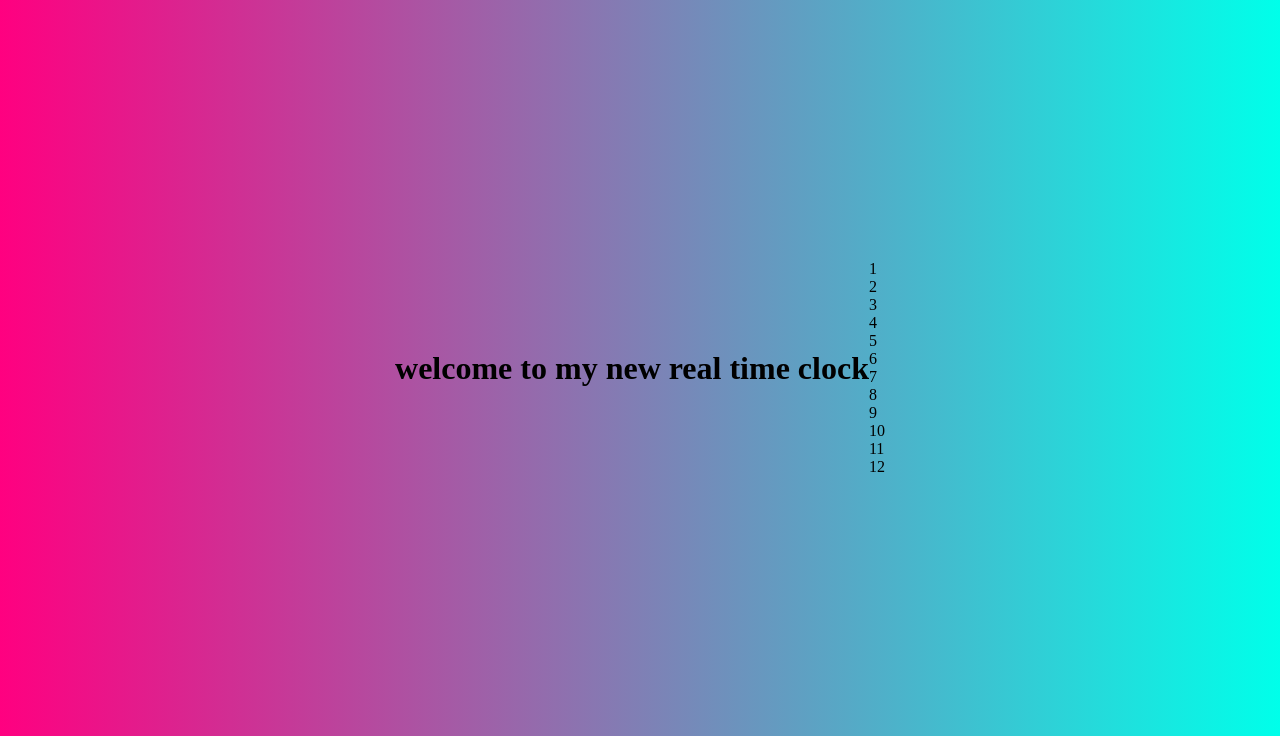
Repository: TUTJAL/createmywatch
Page: watch.html
The author's editor kept a copy of each file at every save. The page is drawn from the files as they stood at one save, then again after the next save.
The browser window is 1280 px wide. The pictures show the whole page.

Above is the page before, as saved 2024-04-26 12:38:47.
Console error: SyntaxError: Invalid left-hand side in assignment

### watch.html
<!DOCTYPE html>
<html lang="en">
<head>
    <meta charset="UTF-8">
    <meta name="viewport" content="width=device-width, initial-scale=1.0">
    <title>Document</title>
    <link rel="stylesheet" href="watch.css">
</head>
<h1 class="header">welcome to my new real time clock</h1>
<body>
    <div class="clock">
        <div class="hand hour"data-hour-hand></div>
        <div class="handminute"data-minute-hand></div>
        <div class="handsecond"data-second-hand></div>
        <div class="number number1">1</div>
        <div class="number number2">2</div>
        <div class="number number3">3</div>
        <div class="number number4">4</div>
        <div class="number number5">5</div>
        <div class="number number6">6</div>
        <div class="number numbeer7">7</div>
        <div class="number number8">8</div>
        <div class="number number9">9</div>
        <div class="number number10">10</div>
        <div class="number number11">11</div>
        <div class="number number12">12</div>

    </div>
    <script>
        setInterval(setclock,1000)
        const hourhand=Document.querySelector('[data-hour-hand]')
        const minutehand=document.querySelector('[data-minute-hand]')
        const secondhand=document.querySelector('[data-second-hand]')
        function setclock() {
            const currentdate=newdate()
            const secondsratio=currentdate.getseconds()/60
            const minutesratio=(secondsratio+currentdate.getminutes())/
            consthoursratio=(minutesratio+currentdate.gethours())/
            setrotatio(secondhand,secondsratio)
            setrotatio(minutehand,minutesratio)
            setrotatio(hourhand,hoursratio)
        }
        function setrotatio
    </script>

</body>
</html>

### watch.css
*, *::after,*::before{
    box-sizing: border-box;
    font-family: 'Times New Roman', Times, serif;
}
body{
    background: linear-gradient(to right,rgb(255,0,128),hsl(175,100%,50%));
    display: flex;
    justify-content: center;
    align-items: center;
    min-height: 100vh;
    overflow: hidden;
}
{
    width: 300px;
    height: 300px;
    background-color: rgba(255,255,255,.9);
    border-radius: 50%;
    border: 2px solid black;
    position: relative;
}
.clock.number{
    --rotation:0;
    position: absolute;
    width: 100%;
    height: 100%;
    text-align: center;
    transform: rotate(var(--rotation));
    font-size: 1.5rem;

    .clock.number1{--rotation:30deg}
    .clock.number2{--rotation:60deg}
    .clock.number3{--rotation:90deg}
    .clock.number4{--rotation:120deg}
    .clock.number5{--rotation:150deg}
    .clock.number6{--rotation:180deg}
    .clock.number7{--rotation:210deg}
    .clock.number8{--rotation:240deg}
    .clock.number9{--rotation:270deg}
    .clock.number10{--rotation:300deg}
    .clock.number11{--rotation:330deg}
}
.clock.hand{
--rotation:0;
position: absolute;
bottom: 50%;
left: 50%;
background-color: black;
border: 1px solid rgb(136,99,224);
border-top-left-radius: 10px;
border-top-right-radius: 10px;
transform-origin: bottom;
z-index: 10;

}

After the next save:
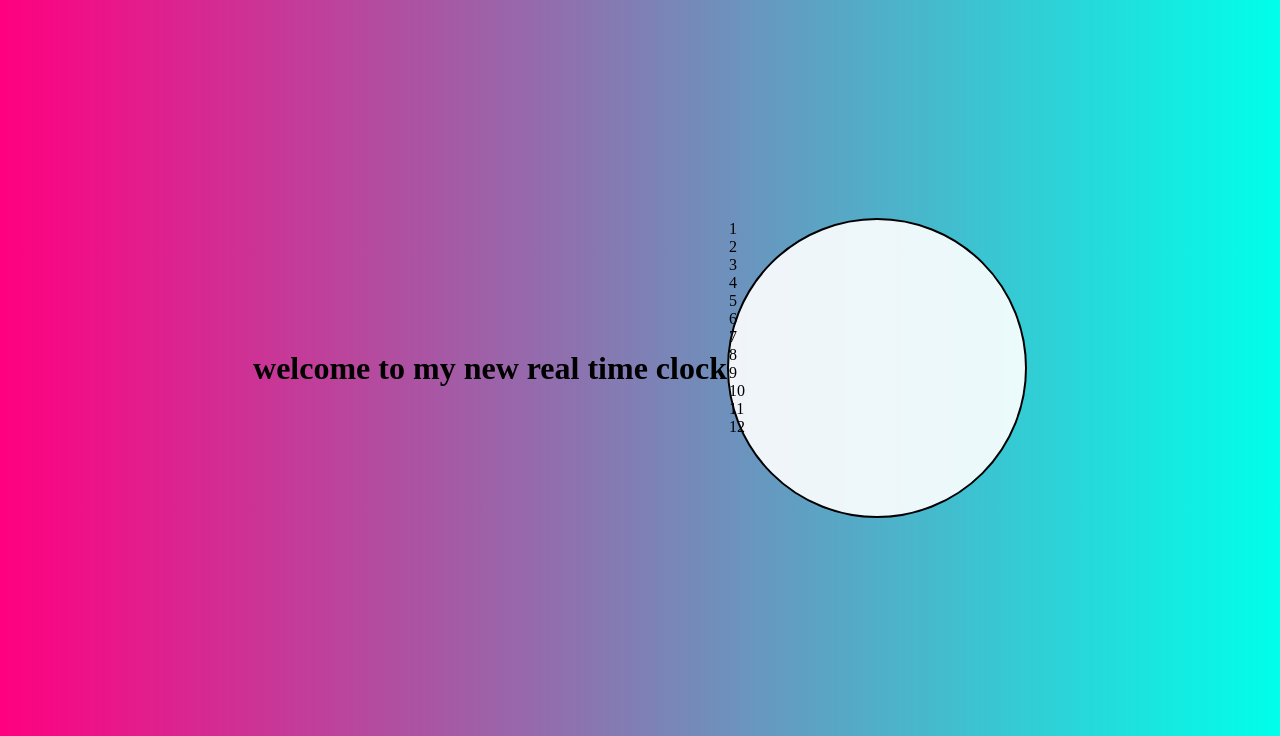
Saved 4 s later.
--- a/watch.css
+++ b/watch.css
@@ -10,7 +10,7 @@
     min-height: 100vh;
     overflow: hidden;
 }
-{
+.clock{
     width: 300px;
     height: 300px;
     background-color: rgba(255,255,255,.9);

After the 3 saves that followed:
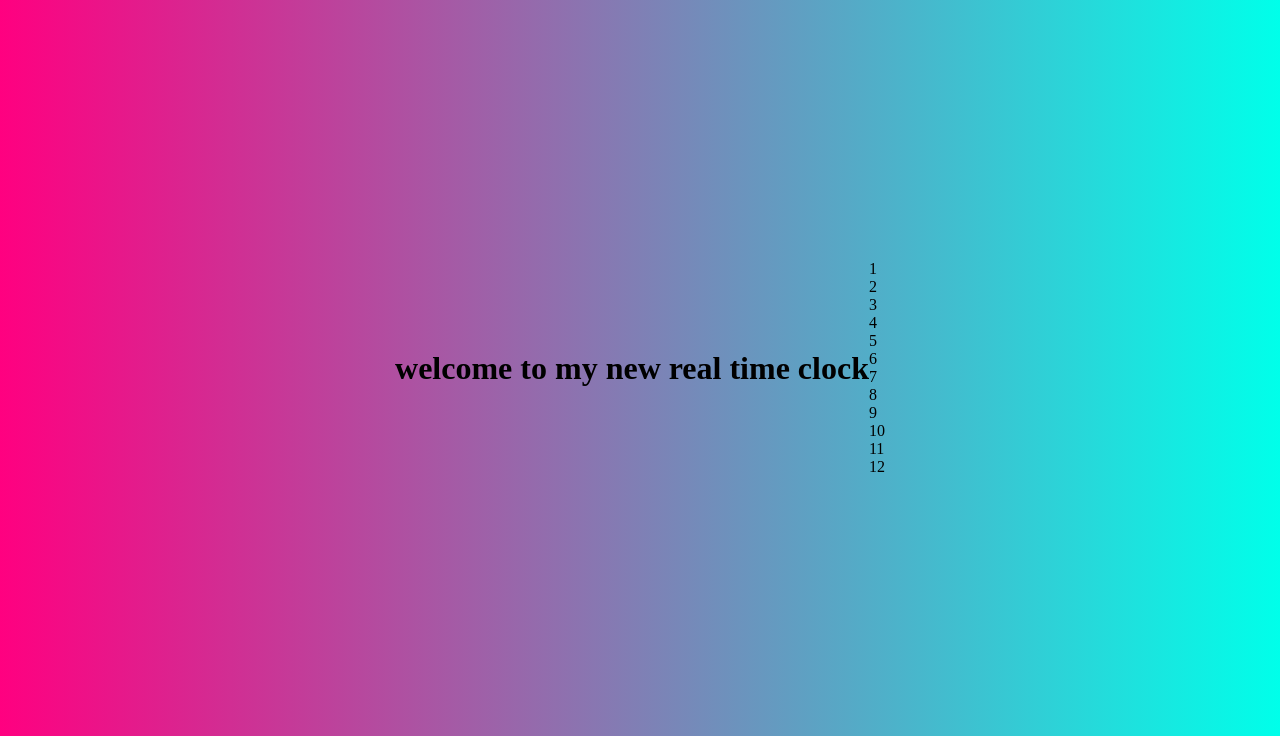
The 3 saves are shown as one change because they came seconds apart.
The last was saved 48 s later.
--- a/watch.css
+++ b/watch.css
@@ -10,7 +10,7 @@
     min-height: 100vh;
     overflow: hidden;
 }
-.clock{
+clock{
     width: 300px;
     height: 300px;
     background-color: rgba(255,255,255,.9);
@@ -30,7 +30,7 @@
     .clock.number1{--rotation:30deg}
     .clock.number2{--rotation:60deg}
     .clock.number3{--rotation:90deg}
-    .clock.number4{--rotation:120deg}
+    .clock.number4{--rotation:120deg}.
     .clock.number5{--rotation:150deg}
     .clock.number6{--rotation:180deg}
     .clock.number7{--rotation:210deg}
